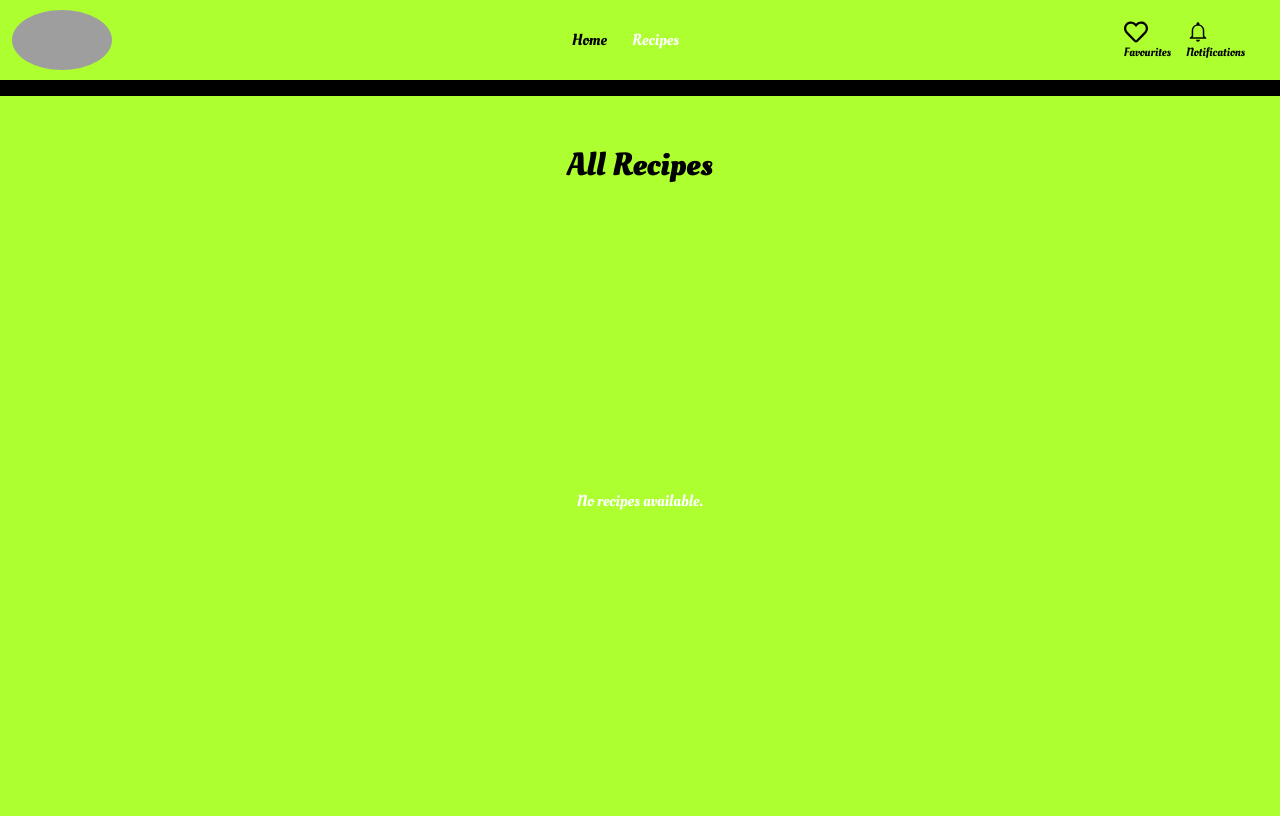
Repository: KaraboM20/foodify-app-project-by-MmakoKay
Page: /recipes
These files come from the project's save history. The page is drawn as it stood at one moment and after a run of saves; the edit follows.
The browser window is 1280 px wide. The pictures show the whole page.
Pictures or frames that could not be fetched are drawn as grey boxes. The page's requests for data from a server got no answer. The project was rebuilt for these pictures with package versions that can differ from the ones it lists, and the page was loaded fresh each time. No one was signed in, and anything a server would have sent is missing. Also part of the build but not shown: src/Pages/Home.css, src/Pages/RecipeLists.css, src/Pages/RecipeLists.js, src/components/Searchbox.css, src/components/Searchbox.js, src/Pages/Home.js, src/Pages/Favorites.css, src/Pages/Favorites.js and 4 more.

Above is the page before, as saved 2025-03-17 00:44:23.

### src/index.js
import React from 'react';
import ReactDOM from 'react-dom/client';
import './index.css';
import App from './App';
import reportWebVitals from './reportWebVitals';
import { BrowserRouter } from 'react-router-dom'
import { RecipeProvider } from './context/RecipeContext';
import { Provider } from 'react-redux';
import { store } from './redux/store';

const root = ReactDOM.createRoot(document.getElementById('root'));
root.render(
  <BrowserRouter>
  <Provider store={store}>
  <RecipeProvider>
      <App />
  </RecipeProvider>
  </Provider>
  </BrowserRouter>
);

// If you want to start measuring performance in your app, pass a function
// to log results (for example: reportWebVitals(console.log))
// or send to an analytics endpoint. Learn more: https://bit.ly/CRA-vitals
reportWebVitals();

### src/index.css
/* Font-import */
@import url('https://fonts.googleapis.com/css2?family=Oleo+Script:wght@400;700&display=swap');

/* The whole body style */
* {
  box-sizing: border-box;
}

html {
  font-family: "Oleo Script", system-ui;;
}

body {
  margin: 0;
  color: white;
  background-color: black;
}


main {
  margin-top: 1rem;
  text-align: center;
}

### src/App.js
import './App.css';
import { Route, Switch } from 'react-router-dom';
import Home from './Pages/Home';
import RecipeLists from './Pages/RecipeLists';
import Favourites from './Pages/Favorites';
import RecipeDetails from './Pages/RecipeDetails';
import Header from './components/Header';
import { Redirect } from 'react-router-dom/cjs/react-router-dom.min';
import Notifications from './Pages/Notifications';
import { RecipeProvider } from './context/RecipeContext';
import Recipes from './Pages/Recipes';
import { Provider } from 'react-redux';
import { store } from './redux/store';



const App = () => {
  return (

    <div>
      <Provider store={store}>
      <RecipeProvider>
       <Header />
      <main>
        <Switch>
          <Route path='/' exact>
          <Redirect to='/home' />
          </Route>
          <Route path='/home'>
          <Home />
          </Route>
          <Route path='/recipes'>
          <Recipes />
          </Route>
          <Route path='/recipe'>
          <RecipeLists />
          </Route>
          <Route path='/:id'>
          <RecipeDetails />
          </Route>
          <Route path='/favourites'>
          <Favourites />
          </Route>
          <Route path='/notifications'>
          <Notifications />
          </Route>
        </Switch>
        </main>
      </RecipeProvider>
      </Provider>

    </div>
  );
}

export default App;

### src/context/RecipeContext.js
import React, { createContext, useState } from "react";
import { fetchRecipes } from "../api/recipeApi";

export const RecipeContext = createContext();

export const RecipeProvider = ({ children }) => {
  const [recipes, setRecipes] = useState([]);
  const [isSearching, setIsSearching] = useState(false);
  const [query, setQuery] = useState("");


  const searchRecipes = async (searchQuery) => {
    setIsSearching(true);
    setQuery(searchQuery);
    try {
      const data = await fetchRecipes("", searchQuery);
      console.log("Search results:", data);
      setRecipes(data); // Update recipes
    } catch (error) {
      console.error("Search error:", error);
      setRecipes([]);
    }
  };

  return (
    <RecipeContext.Provider value={{ recipes, setRecipes, isSearching, setIsSearching, query, setQuery, searchRecipes }}>
      {children}
    </RecipeContext.Provider>
  );
};

### src/redux/store.js
import { configureStore } from '@reduxjs/toolkit';
import favoritesReducer from './favoritesSlice';

export const store = configureStore({
  reducer: {
    favorites: favoritesReducer,
  },
  devTools: true,
});

### src/components/Header.js
import React from 'react';
import { NavLink } from 'react-router-dom';
import './Header.css';
import { FaRegHeart } from 'react-icons/fa';  // Import Heart icon
import { IoMdNotificationsOutline } from 'react-icons/io'; // Import Notification icon



const Header = () => {

  return (
    <div className='header'>
      {/* Logo */}
        <img
      className='header_logo'
      src='https://encrypted-tbn0.gstatic.com/images?q=tbn:ANd9GcQP36DaEnA76M-Y2L_VyAHqiLdvUGmNwxAFUA&s' alt="Foodify logo" />

      <div className='nav-pages'>
        <ul>
          <li>
            <NavLink to='./home'>Home</NavLink>
          </li>
          <li>
            <NavLink to='./recipes'>Recipes</NavLink>
          </li>
        </ul>
      </div>

      {/* Header-icons */}
      <div className="header_option">
          <NavLink activeClassName='active' to='/favourites'><span className='header-option1'><FaRegHeart title="Favourites" />Favourites</span></NavLink>
          <NavLink activeClassName='active' to='/notifications'><span className='header-option2'><IoMdNotificationsOutline title="notification"/>Notifications</span></NavLink>
     </div>
    </div>
  );
};

export default Header

### src/Pages/Recipes.js
import React, { useEffect, useState } from 'react';
import { fetchRecipes } from "../api/recipeApi";
import { Link } from 'react-router-dom';
import "./Recipes.css";
import { FaRegHeart } from 'react-icons/fa';
import { useDispatch } from 'react-redux';
import { addFavorite } from '../redux/favoritesSlice';

const Recipes = () => {
  const [allRecipes, setAllRecipes] = useState([]);
  const dispatch = useDispatch();

  // Fetch all recipes on mount
  useEffect(() => {
    const loadRecipes = async () => {
      try {
        const data = await fetchRecipes("");
        console.log("All recipes loaded:", data);
        setAllRecipes(data.slice(0, 20));
      } catch (error) {
        console.error("Error loading recipes:", error);
      }
    };

    loadRecipes();
  }, []); // Empty deps—runs once on mount

  const handleFavoriteClick = (recipe) => {
    dispatch(addFavorite(recipe));
  };

  return (
    <div className="recipes-container">
      <h2>All Recipes</h2>
      <div className="recipes-list">
        {allRecipes.length === 0 ? (
          <p>No recipes available.</p>
        ) : (
          allRecipes.map((recipe) => (
            <div key={recipe._id} className="recipes-card"> {/* Changed to _id */}
              <img src={recipe.image} alt={recipe.name} className="recipe-image" />
              <h3>{recipe.name}</h3>
              <span className="recipe-icons">
                <Link to={`/${recipe._id}`}> {/* Changed to _id */}
                  <button className="recipe-link">View Details</button>
                </Link>
                <button className="recipe-icon" onClick={() => handleFavoriteClick(recipe)}>
                  <FaRegHeart />
                </button>
              </span>
            </div>
          ))
        )}
      </div>
    </div>
  );
};

export default Recipes;

### src/api/recipeApi.js
import axios from "axios";

// Fetch Recipes API
const API_BASE_URL = "http://localhost:3000/recipes";


export const fetchRecipes = async (category = "", query = "") => {
    try {
      const response = await axios.get(API_BASE_URL, {
        params: { category, search: query },
      });
      return response.data;
    } catch (error) {
      console.error("Error fetching recipes:", error);
      return [];
    }
  };

### src/redux/favoritesSlice.js
import { createSlice } from '@reduxjs/toolkit';

const favoritesSlice = createSlice({
  name: 'favourites',
  initialState: {
    items: [],
  },
  reducers: {
    addFavorite: (state, action) => {
      const recipe = action.payload;
      if (!state.items.some((item) => item._id === recipe._id)) {
        state.items.push(recipe);
        console.log("Added to favorites, new state:", state.items);
      } else {
        console.log("Already in favorites:", recipe.name);
      }
    },
    removeFavorite: (state, action) => {
      const id = action.payload;
      state.items = state.items.filter((item) => item._id !== id);
      console.log("Removed, new state:", state.items);
    },
  },
});

export const { addFavorite, removeFavorite } = favoritesSlice.actions;
export default favoritesSlice.reducer;

### src/components/Header.css
.header {
    width: 100%;
    height: 5rem;
    display:flex;
    justify-content: space-between;
    align-items:center;
    background-color: greenyellow;
    position: sticky;
    top: 0;
    z-index: 100;
}

.header_logo {
    width:100px;
    height: 60px;
    margin-left: 0;
    border-radius: 80%;
    margin-left: 12px;

}

.nav-pages ul{
    display: flex;
    list-style: none;

}

.nav-pages li{
    margin-right: 25px;
}

.nav-pages a {
    border-bottom: 2px solid transparent;
}

.nav-pages a:hover {
    border-bottom: 2px solid white;
}

.header_option {
    display: flex;
    margin-right: 20px;
    color: black;
    font-size: 12px;
}

.header_option svg {
    font-size: 24px;
}

.header-option1 {
    margin-right: 15px;
    display: grid;
    cursor: pointer;
}

.header-option1:hover {
    color: white;
}

.header-option2 {
    margin-right: 15px;
    display: grid;
    cursor: pointer;
}

.header-option2:hover {
    color: white;
}

.header-option3 {
    display: grid;
    cursor: pointer;
}

.header-option3:hover {
    color: white;
}

.header a {
    color: black;
    text-decoration: none;
    cursor: pointer;
}

.header a:hover, .header a:active, .header a.active{
    color: white;
}

### src/Pages/Recipes.css
.recipes-container {
    display: grid;
    padding: 20px;
    background-color: greenyellow; /* Light background */
    min-height: 100vh;
  }

  h2 {
    font-size: 2rem;
    margin-bottom: 20px;
    color: black;
    text-align: center;
    align-items: center;
  }

  .recipes-list {
    display: grid;
    grid-template-columns: repeat(auto-fit, minmax(250px, 1fr)); /* Responsive grid */
    gap: 20px;
    justify-content: center;
    padding: 20px;
  }

  .recipes-card {
    background: #fff;
    border-radius: 10px;
    box-shadow: 0 4px 6px rgba(0, 0, 0, 0.1);
    padding: 15px;
    text-align: center;
    transition: transform 0.3s ease-in-out;
  }

  .recipes-card:hover {
    transform: translateY(-9px);
  }

  .recipes-image {
    width: 100%;
    height: 200px;
    object-fit: cover;
    border-radius: 8px;
  }

  h3 {
    font-size: 1.2rem;
    margin: 10px 0;
    color: #444;
  }

  @media (max-width: 768px) {
    .recipes-list {
      grid-template-columns: repeat(auto-fit, minmax(180px, 1fr));
    }
  }

Loaded but not shown: public/index.html (common file); src/reportWebVitals.js (common file); src/App.css (no stored copy; drawn as an empty file)

After the next 3 saves:
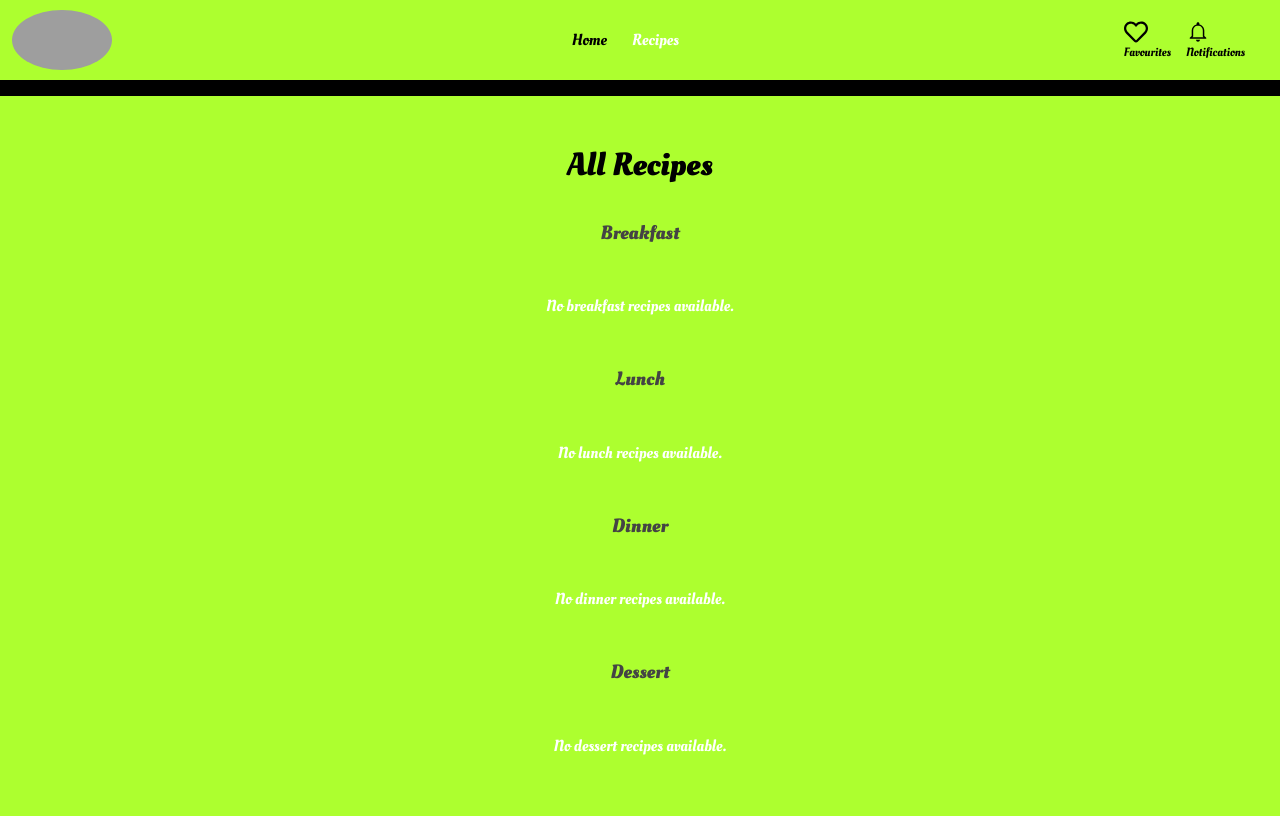
The 3 saves are shown as one change because they came seconds apart.
The last was saved 9 s later.
--- a/src/Pages/Recipes.js
+++ b/src/Pages/Recipes.js
@@ -7,16 +7,22 @@ import { useDispatch } from 'react-redux';
 import { addFavorite } from '../redux/favoritesSlice';
 
 const Recipes = () => {
-  const [allRecipes, setAllRecipes] = useState([]);
+  const [allRecipes, setAllRecipes] = useState([]); // Local state for all recipes
+  const [groupedRecipes, setGroupedRecipes] = useState({
+    breakfast: [],
+    lunch: [],
+    dinner: [],
+    dessert: [],
+  });
   const dispatch = useDispatch();
 
   // Fetch all recipes on mount
   useEffect(() => {
     const loadRecipes = async () => {
       try {
-        const data = await fetchRecipes("");
+        const data = await fetchRecipes(""); // Fetch all recipes, no category filter
         console.log("All recipes loaded:", data);
-        setAllRecipes(data.slice(0, 20));
+        setAllRecipes(data); // Store in local state
       } catch (error) {
         console.error("Error loading recipes:", error);
       }
@@ -25,6 +31,34 @@ const Recipes = () => {
     loadRecipes();
   }, []); // Empty deps—runs once on mount
 
+  // Group recipes by category whenever allRecipes changes
+  useEffect(() => {
+    if (allRecipes.length > 0) {
+      const grouped = {
+        breakfast: [],
+        lunch: [],
+        dinner: [],
+        dessert: [],
+      };
+
+      allRecipes.forEach((recipe) => {
+        if (recipe.category) {
+          if (recipe.category === 'breakfast') {
+            grouped.breakfast.push(recipe);
+          } else if (recipe.category === 'lunch') {
+            grouped.lunch.push(recipe);
+          } else if (recipe.category === 'dinner') {
+            grouped.dinner.push(recipe);
+          } else if (recipe.category === 'dessert') {
+            grouped.dessert.push(recipe);
+          }
+        }
+      });
+
+      setGroupedRecipes(grouped);
+    }
+  }, [allRecipes]);
+
   const handleFavoriteClick = (recipe) => {
     dispatch(addFavorite(recipe));
   };
@@ -32,11 +66,14 @@ const Recipes = () => {
   return (
     <div className="recipes-container">
       <h2>All Recipes</h2>
+
+      {/* Breakfast Section */}
+      <h3>Breakfast</h3>
       <div className="recipes-list">
-        {allRecipes.length === 0 ? (
-          <p>No recipes available.</p>
+        {groupedRecipes.breakfast.length === 0 ? (
+          <p>No breakfast recipes available.</p>
         ) : (
-          allRecipes.map((recipe) => (
+          groupedRecipes.breakfast.map((recipe) => (
             <div key={recipe._id} className="recipes-card"> {/* Changed to _id */}
               <img src={recipe.image} alt={recipe.name} className="recipe-image" />
               <h3>{recipe.name}</h3>
@@ -52,6 +89,75 @@ const Recipes = () => {
           ))
         )}
       </div>
+
+      {/* Lunch Section */}
+      <h3>Lunch</h3>
+      <div className="recipes-list">
+        {groupedRecipes.lunch.length === 0 ? (
+          <p>No lunch recipes available.</p>
+        ) : (
+          groupedRecipes.lunch.map((recipe) => (
+            <div key={recipe._id} className="recipes-card">
+              <img src={recipe.image} alt={recipe.name} className="recipe-image" />
+              <h3>{recipe.name}</h3>
+              <span className="recipe-icons">
+                <Link to={`/${recipe._id}`}>
+                  <button className="recipe-link">View Details</button>
+                </Link>
+                <button className="recipe-icon" onClick={() => handleFavoriteClick(recipe)}>
+                  <FaRegHeart />
+                </button>
+              </span>
+            </div>
+          ))
+        )}
+      </div>
+
+      {/* Dinner Section */}
+      <h3>Dinner</h3>
+      <div className="recipes-list">
+        {groupedRecipes.dinner.length === 0 ? (
+          <p>No dinner recipes available.</p>
+        ) : (
+          groupedRecipes.dinner.map((recipe) => (
+            <div key={recipe._id} className="recipes-card">
+              <img src={recipe.image} alt={recipe.name} className="recipe-image" />
+              <h3>{recipe.name}</h3>
+              <span className="recipe-icons">
+                <Link to={`/${recipe._id}`}>
+                  <button className="recipe-link">View Details</button>
+                </Link>
+                <button className="recipe-icon" onClick={() => handleFavoriteClick(recipe)}>
+                  <FaRegHeart />
+                </button>
+              </span>
+            </div>
+          ))
+        )}
+      </div>
+
+      {/* Dessert Section */}
+      <h3>Dessert</h3>
+      <div className="recipes-list">
+        {groupedRecipes.dessert.length === 0 ? (
+          <p>No dessert recipes available.</p>
+        ) : (
+          groupedRecipes.dessert.map((recipe) => (
+            <div key={recipe._id} className="recipes-card">
+              <img src={recipe.image} alt={recipe.name} className="recipe-image" />
+              <h3>{recipe.name}</h3>
+              <span className="recipe-icons">
+                <Link to={`/${recipe._id}`}>
+                  <button className="recipe-link">View Details</button>
+                </Link>
+                <button className="recipe-icon" onClick={() => handleFavoriteClick(recipe)}>
+                  <FaRegHeart />
+                </button>
+              </span>
+            </div>
+          ))
+        )}
+      </div>
     </div>
   );
 };
